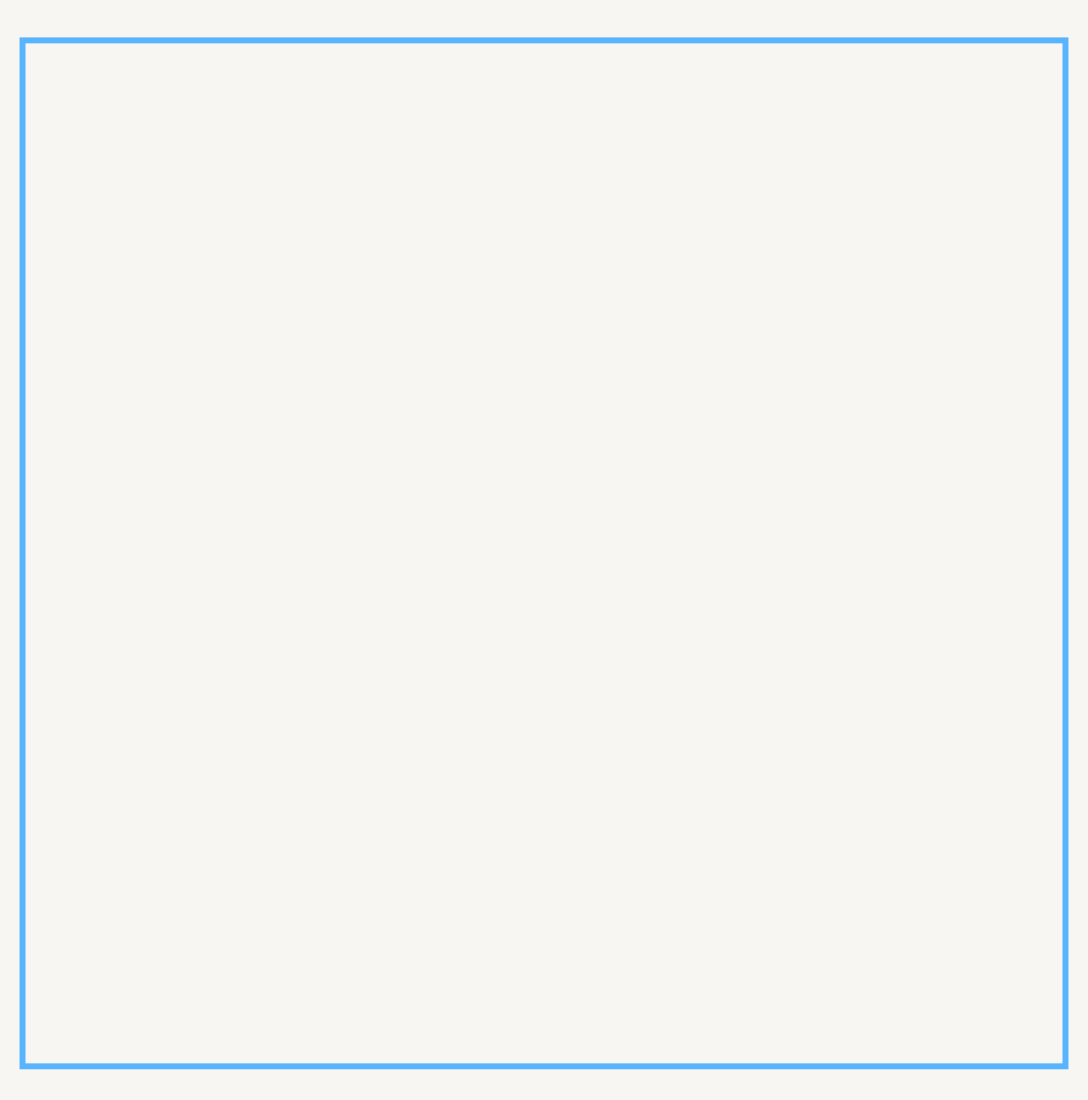
Repository: pyrcl090/p-p
Page: index.html
An editor plug-in stored every save of this project. The page is shown before and after a run of saves, followed by the edit.
The browser window is 1280 px wide. The pictures show the whole page, at 85% of full size.
The page's requests for data from a server got no answer.

Above is the page before, as saved 2025-04-15 12:11:01.

### index.html
<!DOCTYPE html>
<html lang="en">
<head>
    <meta charset="UTF-8">
    <meta name="viewport" content="width=device-width, initial-scale=1.0">
    <title>Pube</title>
    <link rel="stylesheet" href="style.css">
</head>
<body>

        <div class="grid-wrapper">
          <div class="grid-container"></div>
          <div class="overlay-grid"></div>
        </div>

</body>
<script src="script.js" async defer></script>
</html>

### style.css
@font-face {
    font-family: 'HMP';
    src: url("./assets/hiragino-maru-gothic-pron-w4.otf") format("truetype");
  }

  html {
    /* background: repeating-linear-gradient(
  0deg,
  rgba(147, 144, 128, 0.5) 0px,
  rgba(147, 144, 128, 0.5) 10px,
  rgba(118, 118, 184, 0.5) 10px,
  rgba(118, 118, 184, 0.5) 14.5px,
  rgba(28, 83, 28, 0.5) 14.5px,
  rgba(28, 83, 28, 0.5) 15.5px,
  rgba(118, 118, 184, 0.5) 15.5px,
  rgba(118, 118, 184, 0.5) 20px,
  rgba(147, 144, 128, 0.5) 20px,
  rgba(147, 144, 128, 0.5) 30px
); */
background-color: rgb(247, 246, 242);
    height: 100%;
    margin: 0;
    padding: 0;
    font-family: 'HMP';
  }

  body {
    padding: 2em 1em 2em;
    font-family: 'HMP';
    font-weight: 400;
    font-style: normal;
    font-size: 1.35em;
    line-height: 1.35em;
  }

  /* Center the entire grid wrapper */
  .grid-wrapper {
    display: flex;
    justify-content: center;
    align-items: center;
    position: relative;
    width: 100%;
    min-height: 100vh; /* Make sure it fills the entire height of the viewport */
    box-sizing: border-box;
    flex-direction: column;
  }

  /* Base grid */
  .grid-container {
    display: grid;
    grid-template-columns: repeat(15, 30px);
    grid-template-rows: repeat(40, 30px);
    outline: 7px solid rgb(88, 181, 253);
    position: relative;
    z-index: 1;
    gap: 0px;
    margin: 0;
    width: 100%;
  }

  /* Grid Items */
  .grid-item {
    display: grid;
    grid-template-columns: repeat(2, 1fr);
    grid-template-rows: repeat(2, 1fr);
    width: 30px;
    height: 30px;
    outline: 1px solid rgb(88, 181, 253);
    opacity: 0.6;
  }

  .sub-cell {
    outline: 0.15px dashed rgb(88, 181, 253);
    opacity: 0.5;
    width: 100%;
    height: 100%;
  }

  /* Overlay grid */
  .overlay-grid {
    display: grid;
    grid-template-columns: repeat(15, 30px);
    position: absolute;
    top: 0;
    left: 0;
    z-index: 2;
    pointer-events: none;
    margin: 0;
    padding: 0;
    width: 100%;
  }

  .overlay-item {
    width: 30px;
    height: 30px;
    font-size: 13px;
    line-height: 1;
    display: flex;
    align-items: center;
    justify-content: center;
    color: rgba(113, 113, 113, 0.6);
    white-space: nowrap;
    overflow: hidden;
    text-overflow: ellipsis;
  }

### script.js
const gridContainer = document.querySelector('.grid-container');
const overlayGrid = document.querySelector('.overlay-grid');

fetch('https://api.are.na/v2/channels/rusalka?per=100')
  .then(res => res.json())
  .then(data => {
    const blocks = data.contents;
    const textArray = blocks.map(block => block.title || block.content || '').join(' ').split("");

    const cols = 15;
    const rows = Math.ceil(textArray.length / cols);
    const totalCells = rows * cols;

    // Dynamically set the number of rows and columns for the grid
    overlayGrid.style.gridTemplateRows = `repeat(${rows}, 30px)`;
    gridContainer.style.gridTemplateRows = `repeat(${rows}, 30px)`;
    gridContainer.style.gridTemplateColumns = `repeat(${cols}, 30px)`;
    overlayGrid.style.gridTemplateColumns = `repeat(${cols}, 30px)`;

    // Create the base grid items (with sub-cells)
    for (let i = 0; i < totalCells; i++) {
      const gridItem = document.createElement('div');
      gridItem.className = 'grid-item';

      for (let j = 0; j < 4; j++) {
        const subCell = document.createElement('div');
        subCell.className = 'sub-cell';
        gridItem.appendChild(subCell);
      }

      gridContainer.appendChild(gridItem);
    }

    // Create the overlay grid items (with text)
    let index = 0;
    for (let i = 0; i < totalCells; i++) {
      const overlayItem = document.createElement('div');
      overlayItem.className = 'overlay-item';

      if (index < textArray.length) {
        overlayItem.textContent = textArray[index];
        index++;
      }

      overlayGrid.appendChild(overlayItem);
    }
  });

After the next 2 saves:
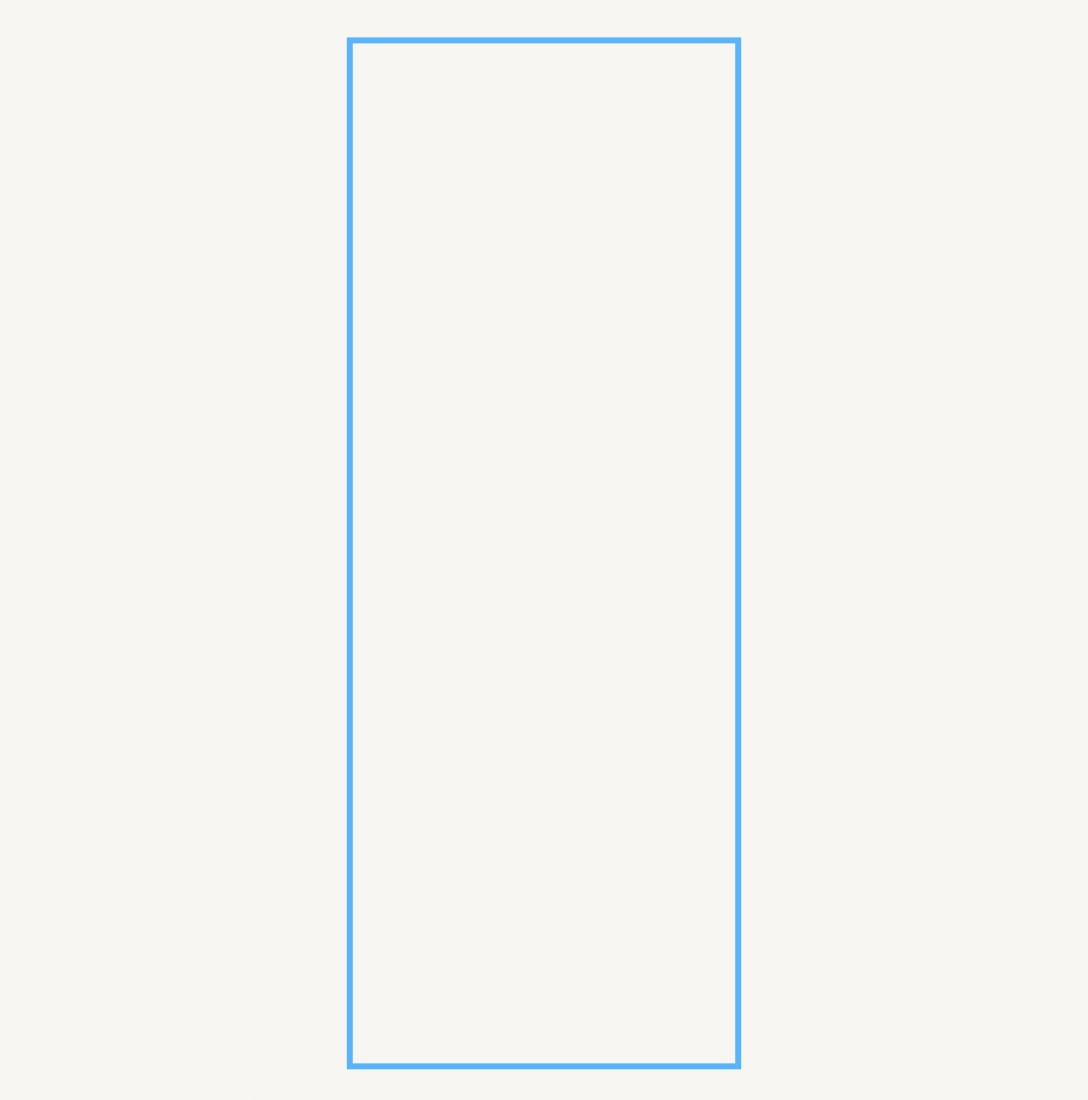
The 2 saves are shown as one change because they came seconds apart.
The last was saved 33 s later.
--- a/style.css
+++ b/style.css
@@ -55,7 +55,7 @@ background-color: rgb(247, 246, 242);
     z-index: 1;
     gap: 0px;
     margin: 0;
-    width: 100%;
+    width: fit-content;
   }
 
   /* Grid Items */
